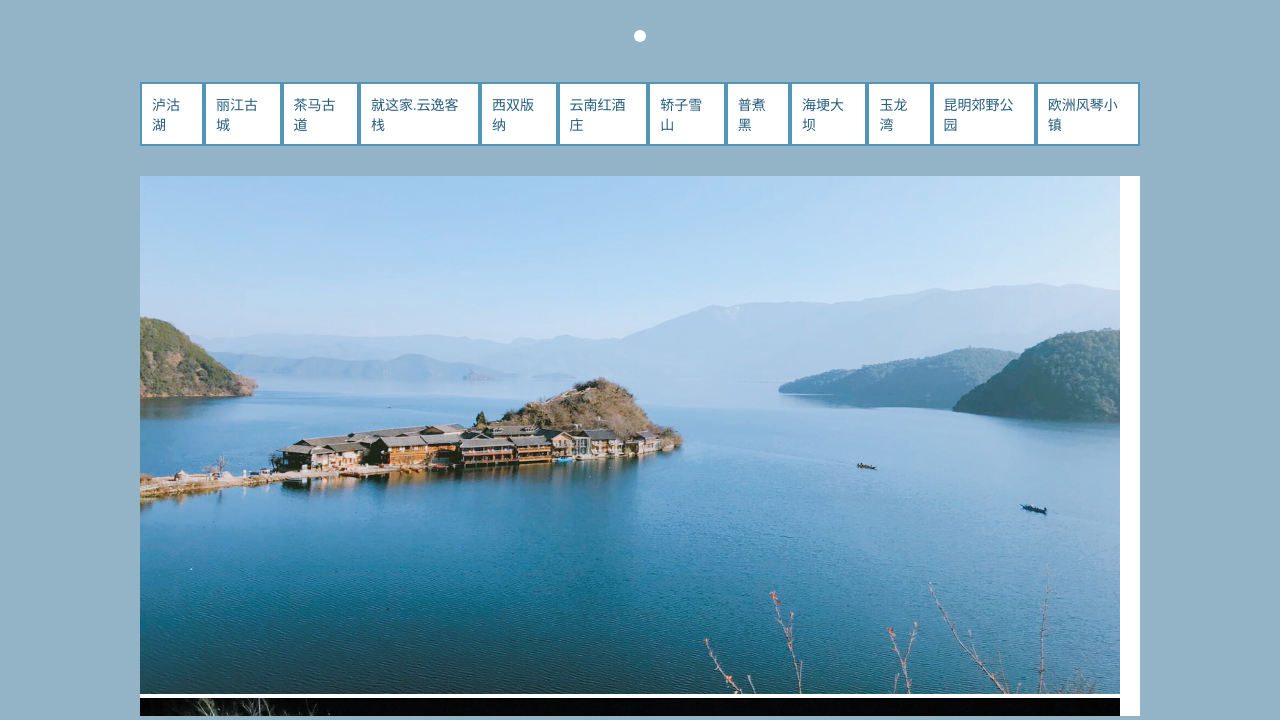
Repository: zhenzhen-gong/-jQuerydemo
Page: index.html
An editor plug-in stored every save of this project. The page is shown before and after the next save, followed by the edit.
The browser window is 1280 px wide. The pictures show the whole page.

Above is the page before, as saved 2020-06-05 11:43:52.

After the next save:
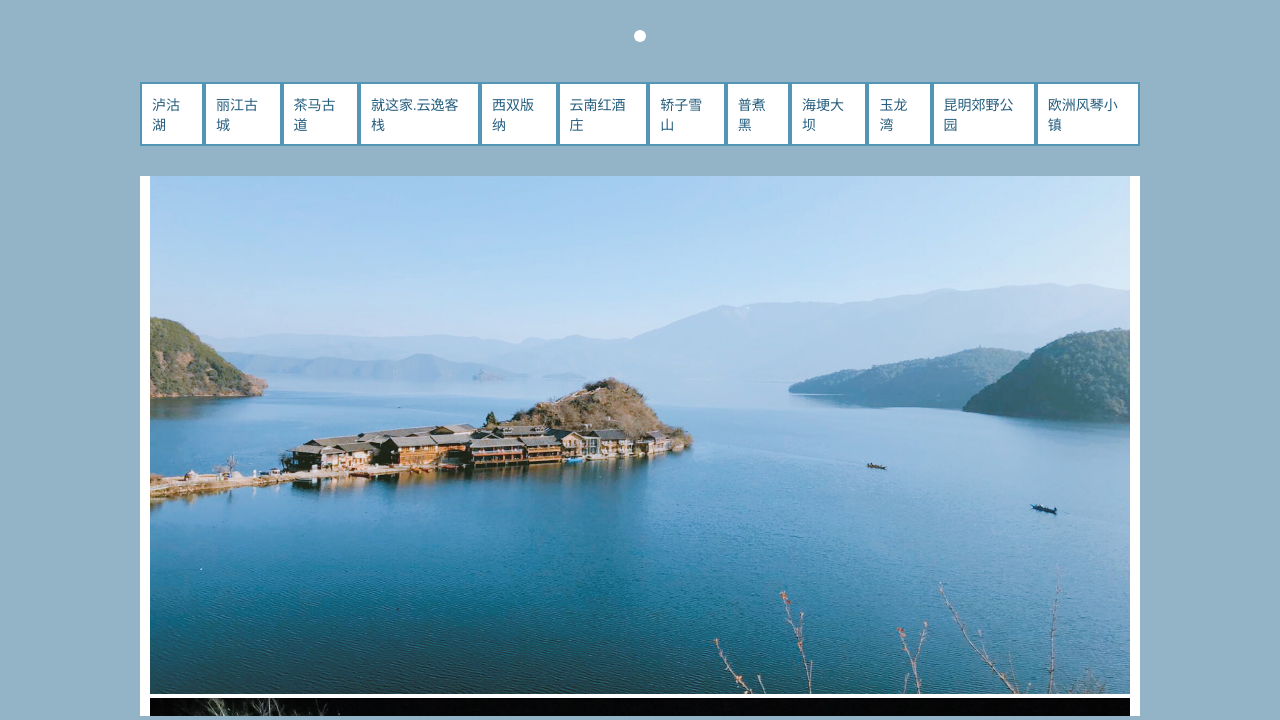
Saved 18 s later.
--- a/style.css
+++ b/style.css
@@ -45,10 +45,10 @@ nav a{
     margin: 0 auto;
     overflow: hidden;/* 内容不得超出元素范围*/
     background-color: white;
+    text-align: center;
 
 }
 .image img{
     width: 98%;
     height: 96%;
-    margin: auto;
 }
